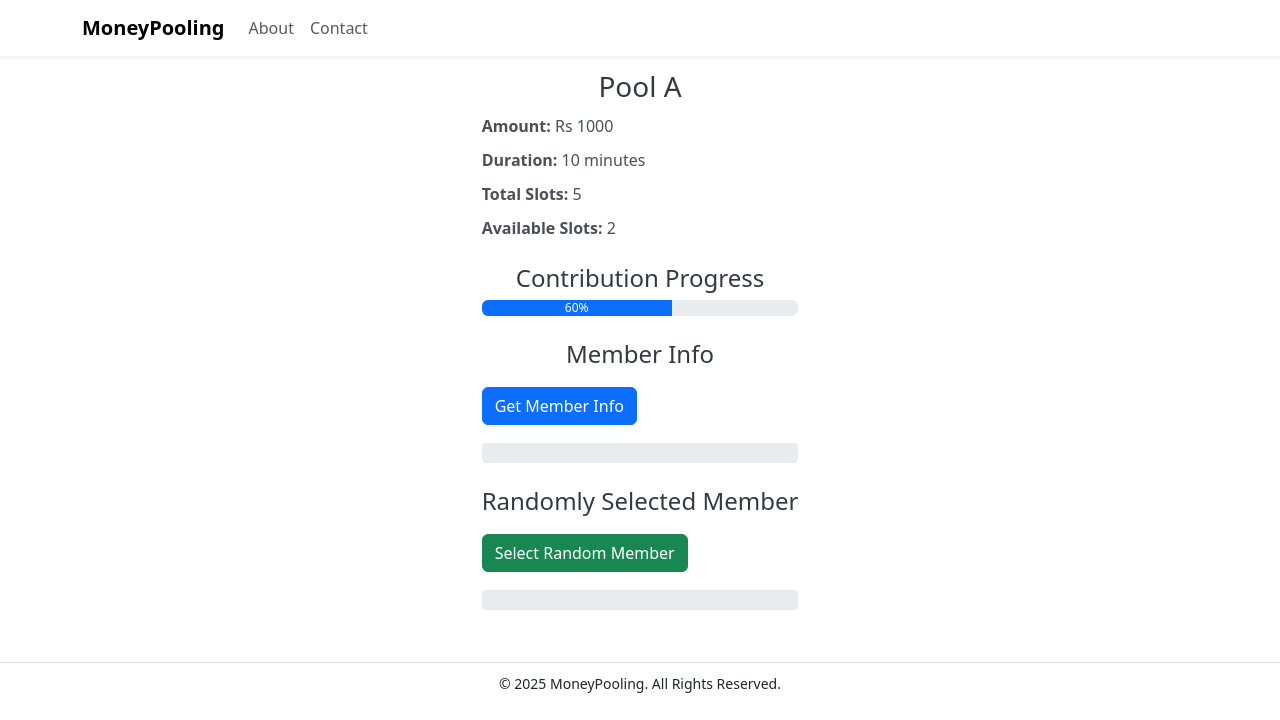
Repository: xxgautm420/MoneyPool
Page: http://localhost/progress
The author's editor kept a copy of each file at every save. The page is drawn from the files as they stood at one save, then again after the next save.
The browser window is 1280 px wide. The pictures show the whole page.
The page is served by the project's application, run on Flask 3 (app.py). Other server files are loaded and not shown.

Above is the page before, as saved 2025-03-02 14:46:18.

### templates/progress.html
<!DOCTYPE html>
<html lang="en">
<head>
    <meta charset="UTF-8">
    <meta name="viewport" content="width=device-width, initial-scale=1.0">
    <title>Money Pooling</title>

    <!-- External Stylesheets -->
    <link rel="stylesheet" href="{{ url_for('static', filename='Css/progress.css') }}">
    <link href="https://cdn.jsdelivr.net/npm/bootstrap@5.3.0-alpha1/dist/css/bootstrap.min.css" rel="stylesheet">
</head>
<body>

    <!-- Navbar -->
    <nav class="navbar navbar-expand-lg navbar-light bg-white fixed-top shadow-sm">
        <div class="container">
            <a class="navbar-brand fw-bold" href="#">MoneyPooling</a>
            <div class="collapse navbar-collapse">
                <ul class="navbar-nav me-auto mb-2 mb-lg-0">
                    <li class="nav-item">
                        <a class="nav-link" href="#" id="aboutLink">About</a>
                    </li>
                    <li class="nav-item">
                        <a class="nav-link" href="#" id="contactLink">Contact</a>
                    </li>
                </ul>
            </div>
        </div>
    </nav>

    <div id="aboutFormContainer" class="about-container" style="display: none;">
        <div class="about-box">
            <section>
                <h1>About This Project</h1>
                <p>In today's digital age, web applications play a pivotal role in streamlining various processes and enhancing user experiences. This project focuses on developing a web application designed to facilitate a unique and engaging process where members join a slot, contribute a specified amount, and a randomly selected member benefits until all members have been selected. The application aims to provide a seamless and user-friendly experience, ensuring secure login, easy slot selection, and transparent tracking of contributions.</p>
                <p>The project is motivated by the need to create an efficient and reliable system that can manage member contributions and random selections in a fair and transparent manner. By leveraging modern web technologies, the application aims to enhance user engagement and foster a sense of community among members. This document outlines the functional requirements, user interaction flow, technical specifications, and expected outcomes of the project.</p>
                <button id="closeAbout" class="close-button">x</button>
            </section>
        </div>
    </div>

    <div id="contactFormContainer" class="contact-container" style="display: none;">
        <div class="contact-box">
            <section>
                <h1>Contact</h1>
                <form>
                    <label for="name">Name:</label><br>
                    <input type="text" id="name" name="name" placeholder="Your Name"><br><br>
                    <label for="email">Email:</label><br>
                    <input type="email" id="email" name="email" placeholder="Your Email"><br><br>
                    <label for="number">Number:</label><br>
                    <input type="tel" id="number" name="number" placeholder="Your Phone Number"><br><br>
                </form>
                <p><strong>Address:</strong> Your Address Here</p>
                <p><strong>Contact Number:</strong> Your Contact Number Here</p>
                <button id="closeContact" class="close-button">x</button>
            </section>
        </div>
    </div>

    <!-- Main Content -->
    <div class="main-container">
        <div class="left-grid">
            <h3 id="poolName">Pool A</h3>
            <p><strong>Amount:</strong> Rs <span id="poolAmount">1000</span></p>
            <p><strong>Duration:</strong> 10 minutes</p>
            <p><strong>Total Slots:</strong> 5</p>
            <p><strong>Available Slots:</strong> <span id="availableSlots">2</span></p>

            <!-- Contribution Progress -->
            <h4 class="mt-4">Contribution Progress</h4>
            <div class="progress mb-3">
                <div id="progressBar" class="progress-bar" role="progressbar" style="width: 60%">60%</div>
            </div>
        </div>

        <div class="right-grid">
            <!-- Member Info Section -->
            <h4 class="mt-4">Member Info</h4>
            <button id="memberInfoButton" class="btn btn-primary" onclick="fetchUsername(1)">Get Member Info</button>
            <div id="usernamePlaceholder" class="username-placeholder mt-2"></div> <!-- Placeholder for username -->

            <!-- Randomly Selected Member Section -->
            <h4 class="mt-4">Randomly Selected Member</h4>
            <button id="randomSelectButton" class="btn btn-success">Select Random Member</button>
            <div id="selectedMemberPlaceholder" class="selected-member-placeholder mt-2"></div> <!-- Placeholder for selected username -->
            <div id="actionButtonContainer"></div>
        </div>
    </div>

    <!-- Footer -->
    <footer class="footer">
        <p>&copy; 2025 MoneyPooling. All Rights Reserved.</p>
    </footer>

    <!-- External JavaScript -->
    <script src="{{ url_for('static', filename='Script/progress.js') }}"></script>
</body>
</html>

### app.py
from flask import Flask, render_template , jsonify
from user import User, db
from config import Config
from auth import auth_bp

app = Flask(__name__)
app.config.from_object(Config)
db.init_app(app)

app.register_blueprint(auth_bp)

@app.route('/')
def home():
    return render_template('index.html')

@app.route('/progress')
def progress():
    return render_template('progress.html')

@app.route('/api/users/top5', methods=['GET'])
def get_top5_users():
    users = User.query.limit(5).all()
    return jsonify([user.username for user in users])

if __name__ == '__main__':
    app.run(debug=True)

### static/Css/progress.css
/* General Page Styling */
body {
    font-family: Arial, sans-serif;
    text-align: center;
    margin: 0;
    background-color: white;
    padding-top: 70px; /* Space for fixed navbar */
    display: flex;
    flex-direction: column;
    min-height: 100vh; /* Ensure the body takes at least the full height of the viewport */
    align-items: center; /* Center items horizontally */
}

/* Navbar */
.navbar {
    box-shadow: 0px 2px 5px rgba(0, 0, 0, 0.1);
    width: 100%; /* Ensure the navbar spans the full width */
}

/* Footer */
footer {
    width: 100%;
    background-color: white;
    text-align: center;
    padding: 10px;
    font-size: 14px;
    border-top: 1px solid #dee2e6;
    position: fixed; /* Ensure footer stays at the bottom */
    bottom: 0;
    left: 0;
    right: 0;
}

/* About Form Container */
.about-container {
    position: fixed;
    top: 50%;
    left: 50%;
    transform: translate(-50%, -50%);
    width: 80%;
    max-width: 600px;
    background-color: white;
    border-radius: 10px;
    box-shadow: 0 4px 8px rgba(0, 0, 0, 0.1);
    overflow: hidden; /* Remove vertical scrolling */
    padding: 20px;
}

.about-box {
    padding: 20px;
}

.about-container h1 {
    margin-top: 0;
}

.about-container p {
    line-height: 1.6;
}

.close-button {
    position: absolute;
    top: 10px;
    right: 10px;
    background-color: #f44336;
    color: white;
    border: none;
    border-radius: 50%;
    width: 30px;
    height: 30px;
    cursor: pointer;
    font-size: 16px;
}

.close-button:hover {
    background-color: #d32f2f;
}

/* Contact Form Container */
.contact-container {
    position: fixed;
    top: 50%;
    left: 50%;
    transform: translate(-50%, -50%);
    width: 80%;
    max-width: 600px;
    background-color: white;
    border-radius: 10px;
    box-shadow: 0 4px 8px rgba(0, 0, 0, 0.1);
    overflow: hidden; /* Remove vertical scrolling */
    padding: 20px;
}

.contact-container h1 {
    margin-top: 0;
}

.contact-container form {
    margin-top: 20px;
}

.contact-container input,
.contact-container textarea {
    width: 100%;
    padding: 10px;
    margin-top: 5px;
    margin-bottom: 10px;
    border-radius: 5px;
    border: 1px solid #ccc;
}

.contact-container p {
    line-height: 1.6;
    margin-top: 10px;
}

//* Main container styling */
/* Main container styling */
.main-container {
    width: 80%;
    margin: 0 auto;
    padding: 20px;
    background-color: #f8f9fa;
    border-radius: 15px;
    box-shadow: 0 4px 8px rgba(0, 0, 0, 0.2);
    font-family: Arial, sans-serif;
}

/* Headings */
.main-container h3,
.main-container h4 {
    color: #343a40;
    text-align: center; /* Center align the title */
}

/* Paragraphs and labels */
.main-container p {
    margin: 10px 0;
    color: #495057;
}

/* Buttons */
.btn {
    display: inline-block;
    margin: 10px 0;
    padding: 10px 20px;
    border: none;
    border-radius: 4px;
    text-align: center;
    cursor: pointer;
    font-size: 16px;
    transition: background-color 0.3s;
}

.btn-primary {
    background-color: #007bff;
    color: #fff;
}

.btn-primary:hover {
    background-color: #0056b3;
}

.btn-success {
    background-color: #28a745;
    color: #fff;
}

.btn-success:hover {
    background-color: #218838;
}

/* Progress bar */
.progress {
    height: 24px;
    background-color: #e9ecef;
    border-radius: 12px;
    overflow: hidden;
}

.progress-bar {
    height: 100%;
    background-color: #28a745;
    transition: width 0.6s ease;
}

/* Placeholders */
.username-placeholder,
.selected-member-placeholder {
    padding: 10px;
    background-color: #e9ecef;
    border-radius: 4px;
    margin-top: 10px;
    color: #495057;
}

#actionButtonContainer {
    margin-top: 20px;
    text-align: center; /* Center align the action buttons */
}

### static/Script/progress.js
document.addEventListener("DOMContentLoaded", () => {
    const memberInfoButton = document.getElementById("memberInfoButton");
    const usernamePlaceholder = document.getElementById("usernamePlaceholder");
    const randomSelectButton = document.getElementById("randomSelectButton");
    const selectedMemberPlaceholder = document.getElementById("selectedMemberPlaceholder");
    const actionButtonContainer = document.getElementById("actionButtonContainer");

    let usernames = [];
    let selectedUsernames = new Set();

    // Assume this is the logged-in user's username
    const loggedInUsername = 'user5'; // Replace with dynamic username if available

    // Fetch and display top 5 users
    memberInfoButton.addEventListener("click", () => {
        fetch('/api/users/top5')
            .then(response => response.json())
            .then(data => {
                usernames = data;
                usernamePlaceholder.innerHTML = usernames
                    .map(user => `<div class="username-item">${user}</div>`)
                    .join('');
            })
            .catch(error => {
                console.error('Error fetching user data:', error);
                usernamePlaceholder.innerHTML = 'An error occurred';
            });
    });

    // Randomly select and display a member
    randomSelectButton.addEventListener("click", () => {
        if (selectedUsernames.size >= usernames.length) {
            selectedMemberPlaceholder.innerHTML = 'All members have been selected.';
            actionButtonContainer.innerHTML = ''; // Clear action buttons
            return;
        }

        let remainingUsers = usernames.filter(user => !selectedUsernames.has(user));
        let randomIndex = Math.floor(Math.random() * remainingUsers.length);
        let selectedUser = remainingUsers[randomIndex];

        selectedUsernames.add(selectedUser);

        selectedMemberPlaceholder.innerHTML = `Selected Member: ${selectedUser}`;

        // Update action buttons based on selected user
        updateActionButtons(selectedUser);

        // Continue selecting after 5 seconds
        setTimeout(() => {
            randomSelectButton.click();
        }, 5000);
    });

    // Function to update action buttons
    function updateActionButtons(selectedUser) {
        actionButtonContainer.innerHTML = ''; // Clear previous buttons

        let button = document.createElement('button');
        button.className = 'btn';

        if (selectedUser === loggedInUsername) {
            // If the selected user is the logged-in user, show "Withdraw" button
            button.textContent = 'Withdraw';
            button.classList.add('btn-warning');
            button.addEventListener('click', () => {
                // Implement withdraw functionality here
                alert('Withdraw action triggered.');
            });
        } else {
            // If the selected user is someone else, show "Pay" button
            button.textContent = 'Pay';
            button.classList.add('btn-success');
            button.addEventListener('click', () => {
                // Implement pay functionality here
                alert('Pay action triggered.');
            });
        }

        actionButtonContainer.appendChild(button);
    }
});



//about form
document.addEventListener("DOMContentLoaded", function() {
    const aboutLink = document.getElementById("aboutLink");
    const aboutFormContainer = document.getElementById("aboutFormContainer");
    const closeAboutForm = document.getElementById("closeAbout");


    aboutLink.addEventListener("click", function(event) {
        event.preventDefault();
        aboutFormContainer.style.display = "block";
    });

    closeAboutForm.addEventListener("click", () => {
        aboutFormContainer.style.display = "none";
    });


});

//contact form
document.addEventListener("DOMContentLoaded", function() {
    const contactLink = document.getElementById("contactLink");
    const contactFormContainer = document.getElementById("contactFormContainer");
    const closeContactForm = document.getElementById("closeContact");


    contactLink.addEventListener("click", function(event) {
        event.preventDefault();
        contactFormContainer.style.display = "block";
    });

    closeContactForm.addEventListener("click", () => {
        contactFormContainer.style.display = "none";
    });


});

After the next save:
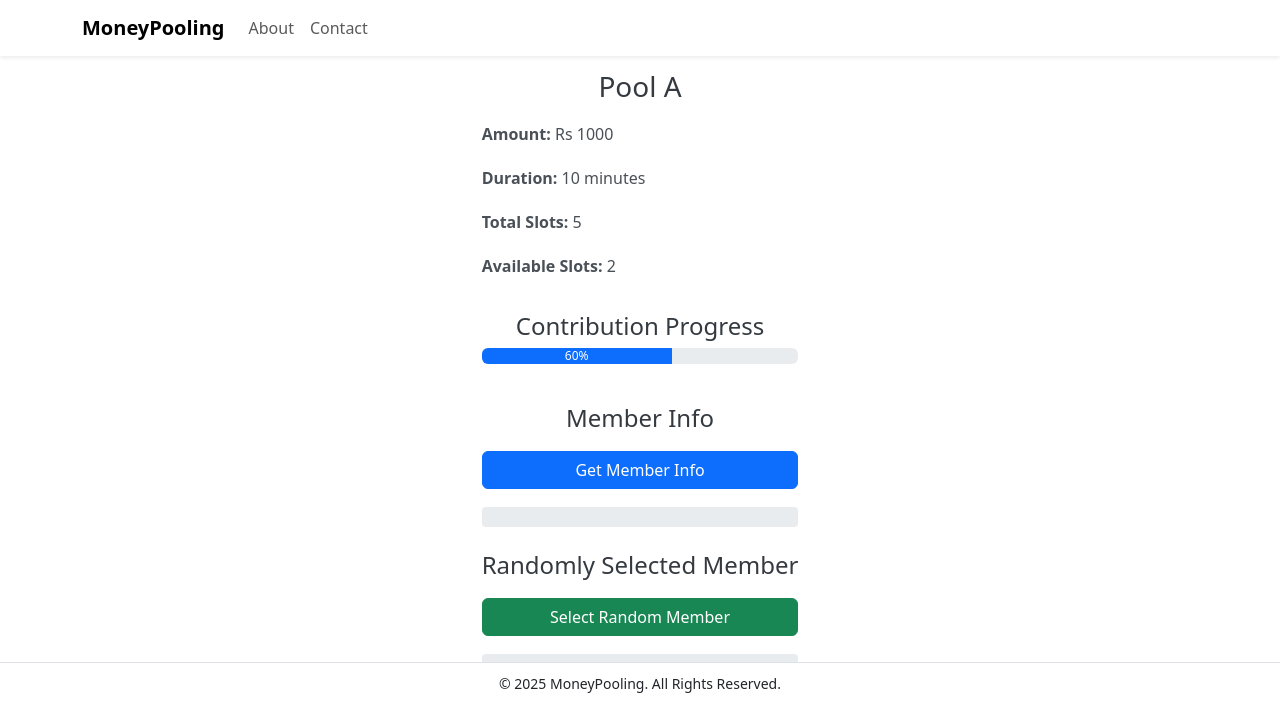
Saved 28 s later.
--- a/static/Css/progress.css
+++ b/static/Css/progress.css
@@ -116,6 +116,7 @@ footer {
 
 //* Main container styling */
 /* Main container styling */
+/* Main container styling */
 .main-container {
     width: 80%;
     margin: 0 auto;
@@ -124,6 +125,21 @@ footer {
     border-radius: 15px;
     box-shadow: 0 4px 8px rgba(0, 0, 0, 0.2);
     font-family: Arial, sans-serif;
+    display: grid;
+    grid-template-columns: 1fr 1fr;
+    gap: 20px;
+}
+
+/* Left grid styling */
+.left-grid {
+    display: flex;
+    flex-direction: column;
+}
+
+/* Right grid styling */
+.right-grid {
+    display: flex;
+    flex-direction: column;
 }
 
 /* Headings */
